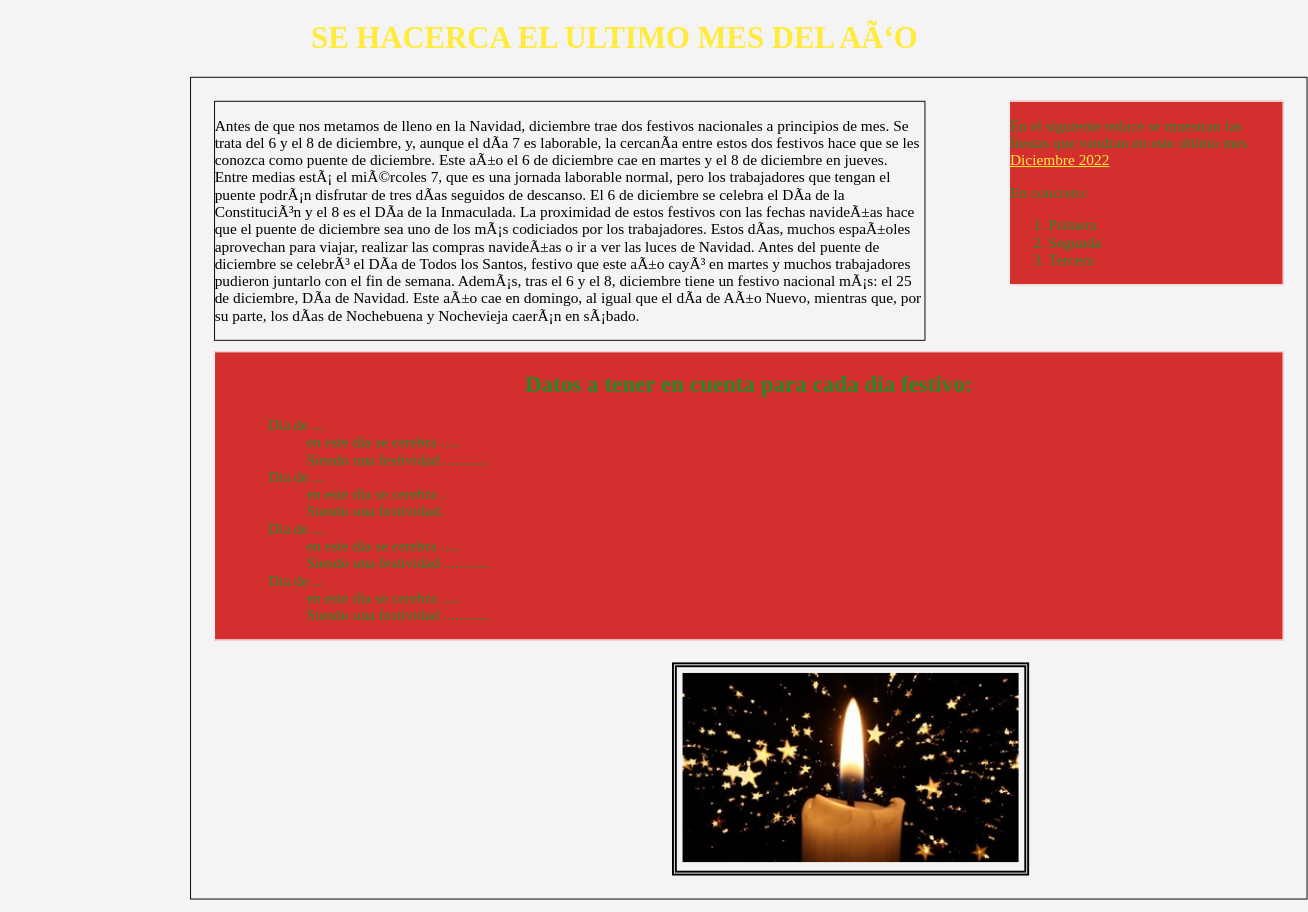
Repository: demoniers/clase
Page: lenguajes/examen2/src/index.html
These files come from the project's save history. The page is drawn as it stood at one moment and after the next save; the edit follows.
The browser window is 1280 px wide. The page is 1362 px wide, then 1280 px, so the pictures cover 1362 px, including what lies to the right of the window. The pictures show the whole page, at 96% of full size.

Above is the page before, as saved 2024-11-06 13:51:31.

After the next save:
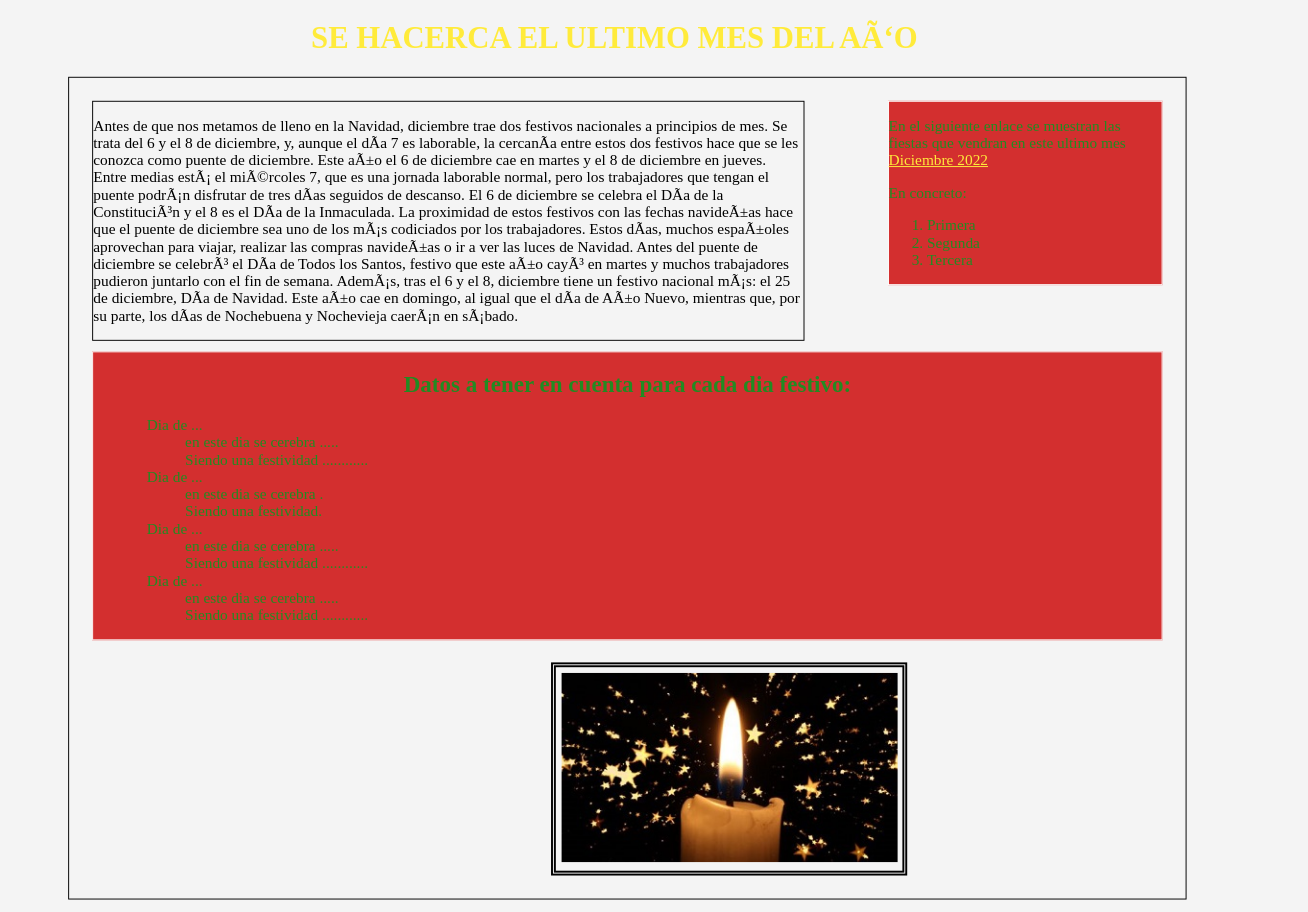
Saved 3 s later.
--- a/lenguajes/examen2/style/style.css
+++ b/lenguajes/examen2/style/style.css
@@ -7,7 +7,7 @@
 #container {
     border: 1px solid black;
     padding: 1%;
-    margin-left: 15%;
+    margin-left: 5%;
     margin-right: 25%;
     height: 9s0%;
     width: 90%;
